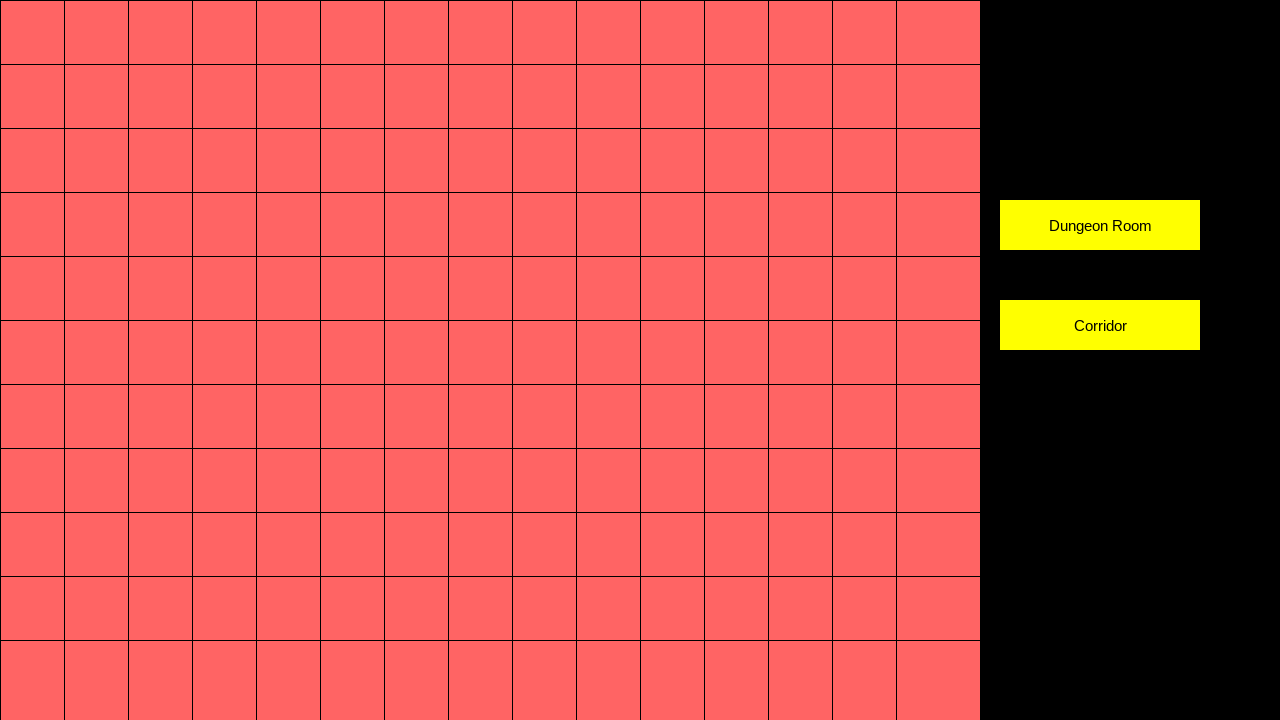
Repository: Nilabh-Bhowal/Dungeon-Game
Script's output: python editor.py
These files come from the project's save history. The script's output is drawn as it stood at one moment and after the next save; the edit follows.
The window is shown after at most 60 frames with no key pressed. A system font it names is replaced by a similar one. Random numbers start from a fixed seed.

Above is the script's output before, as saved 2023-06-15 15:20:18.

### editor.py
import pygame

import dungeon
import ui

pygame.init()

screen = pygame.display.set_mode((1280, 720))


def save(num, level):
    with open(f'levels/{num}.txt', 'w') as f:
        for item in level:
            if isinstance(item, dungeon.DungeonRoom):
                l = 0
            elif isinstance(item, dungeon.Corridor):
                l = 1
            f.write(f"[{l}, {item.rect.x}, {item.rect.y}]\n")


def check_collision(rect, level, scroll):
    for item in level:
        if rect != item.rect and item.rect.colliderect(rect):
            if rect.bottom > item.rect.top and pygame.mouse.get_pos()[1] < item.rect.top:
                rect.bottom = item.rect.top
            elif rect.top < item.rect.bottom and pygame.mouse.get_pos()[1] > item.rect.bottom:
                rect.top = item.rect.bottom
            if rect.right > item.rect.left and pygame.mouse.get_pos()[0] < item.rect.left:
                rect.right = item.rect.left
            elif rect.left < item.rect.right and pygame.mouse.get_pos()[0] > item.rect.right:
                rect.left = item.rect.right


scroll = [0, 0]
cam_movement = [0, 0]

level = []
current_item = "room"

pressed = False

clock = pygame.time.Clock()

room_button = ui.Button("Comic Sans MS", 15, (255, 255, 0),
                        "Dungeon Room", 1000, 200, 200, 50)
corridor_button = ui.Button(
    "Comic Sans MS", 15, (255, 255, 0), "Corridor", 1000, 300, 200, 50)

running = True
while running:

    for event in pygame.event.get():
        if event.type == pygame.QUIT:
            running = False

        if event.type == pygame.KEYDOWN:
            if event.key == pygame.K_RIGHT:
                cam_movement[0] = 1
            if event.key == pygame.K_LEFT:
                cam_movement[0] = -1
            if event.key == pygame.K_DOWN:
                cam_movement[1] = 1
            if event.key == pygame.K_UP:
                cam_movement[1] = -1

            if event.key == pygame.K_s:
                save(0, level)

        if event.type == pygame.KEYUP:
            if event.key in [pygame.K_RIGHT, pygame.K_LEFT]:
                cam_movement[0] = 0
            if event.key in [pygame.K_UP, pygame.K_DOWN]:
                cam_movement[1] = 0

    if pygame.mouse.get_pos()[0] <= 980 and pygame.mouse.get_pressed()[0] and not pressed:
        pressed = True
        if current_item == "room":
            level.append(dungeon.DungeonRoom((pygame.mouse.get_pos()[
                         0] + scroll[0]) // 64 * 64 - 512, pygame.mouse.get_pos()[1] + scroll[1] // 64 * 64 - 512))
        elif current_item == "corridor":
            level.append(dungeon.Corridor(pygame.mouse.get_pos()[
                         0] + scroll[0] // 64 * 64 - 128, pygame.mouse.get_pos()[1] + scroll[1] // 64 * 64 - 64))
    if not pygame.mouse.get_pressed()[0]:
        pressed = False

    if pygame.mouse.get_pos()[0] <= 980 and pygame.mouse.get_pressed()[2]:
        for room in level:
            if room.rect.collidepoint((pygame.mouse.get_pos()[0] + scroll[0], pygame.mouse.get_pos()[1] + scroll[1])):
                level.remove(room)

    for item in reversed(level):
        check_collision(item.rect, level, scroll)

    scroll[0] += cam_movement[0] * 20
    scroll[1] += cam_movement[1] * 20

    screen.fill((255, 100, 100))
    for room in level:
        room.draw(screen, scroll)
    for i in range(15):
        pygame.draw.line(screen, (0, 0, 0), (i * 64, 0), (i * 64, 720))
    for i in range(11):
        pygame.draw.line(screen, (0, 0, 0), (0, i * 64), (980, i * 64))
    pygame.draw.rect(screen, (0, 0, 0), (980, 0, 300, 720))

    if room_button.draw(screen):
        current_item = "room"
    if corridor_button.draw(screen):
        current_item = "corridor"

    pygame.display.update()
    clock.tick(60)

pygame.quit()

### dungeon.py
import pygame

class DungeonRoom:
    def __init__(self, x, y):
        self.rect = pygame.Rect(x, y, 1024, 1024)
        self.color = (50, 0, 205)

    def draw(self, screen, scroll):
        pygame.draw.rect(screen, self.color,
                        (self.rect.x - scroll[0], self.rect.y - scroll[1], self.rect.width, self.rect.height))

class Corridor:
    def __init__(self, x, y):
        self.rect = pygame.Rect(x, y, 256, 128)
        self.color = (50, 0, 205)

    def draw(self, screen, scroll):
        pygame.draw.rect(screen, self.color,
                        (self.rect.x - scroll[0], self.rect.y - scroll[1], self.rect.width, self.rect.height))

### ui.py
import pygame


def display_text(font_file, size, color, text, x, y, screen):
    font = pygame.font.SysFont(font_file, size)
    text = font.render(text, True, color)
    text_rect = text.get_rect()
    screen.blit(text, (x - text_rect.width // 2, y - text_rect.height // 2))


class Button:
    def __init__(self, font, size, color, text, x, y, width, height, text_color=(0, 0, 0)):
        self.font = font
        self.size = size
        self.color = color
        self.text = text
        self.rect = pygame.Rect(x, y, width, height)
        self.text_color = text_color

    def draw(self, screen):

        if self.rect.collidepoint(pygame.mouse.get_pos()[0], pygame.mouse.get_pos()[1]):
            if pygame.mouse.get_pressed()[0]:
                pressed = self.normal_draw(True, screen)
            else:
                pressed = False
                pygame.draw.rect(screen, self.color, (self.rect.x - 5,
                                 self.rect.y - 5, self.rect.width + 10, self.rect.height + 10))
                display_text(self.font, self.size + 5, self.text_color, self.text, self.rect.x +
                             self.rect.width // 2, self.rect.y + self.rect.height // 2, screen)
        else:
            pressed = self.normal_draw(False, screen)
        return pressed

    def normal_draw(self, pressed, screen):
        result = pressed
        pygame.draw.rect(screen, self.color, self.rect)
        display_text(self.font, self.size, self.text_color, self.text, self.rect.x +
                     self.rect.width // 2, self.rect.y + self.rect.height // 2, screen)
        return result

After the next save:
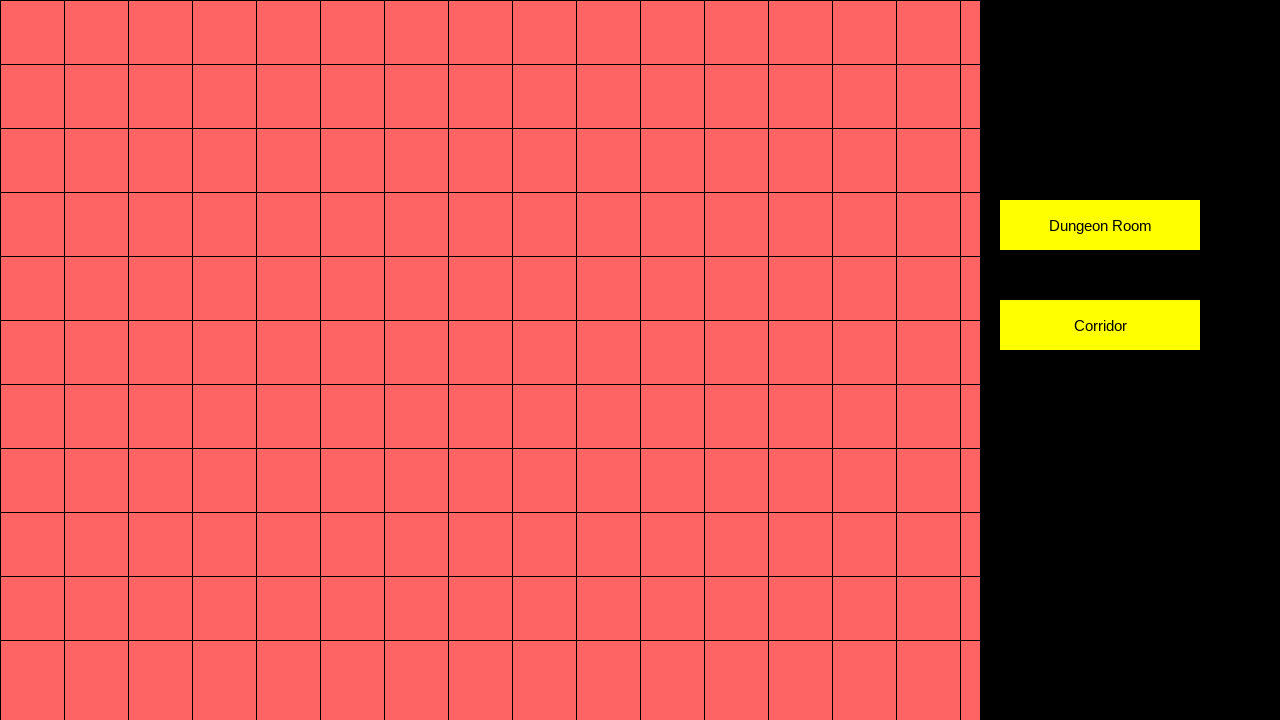
Saved 16 s later.
--- a/editor.py
+++ b/editor.py
@@ -97,7 +97,7 @@ while running:
     screen.fill((255, 100, 100))
     for room in level:
         room.draw(screen, scroll)
-    for i in range(15):
+    for i in range(16):
         pygame.draw.line(screen, (0, 0, 0), (i * 64, 0), (i * 64, 720))
     for i in range(11):
         pygame.draw.line(screen, (0, 0, 0), (0, i * 64), (980, i * 64))
